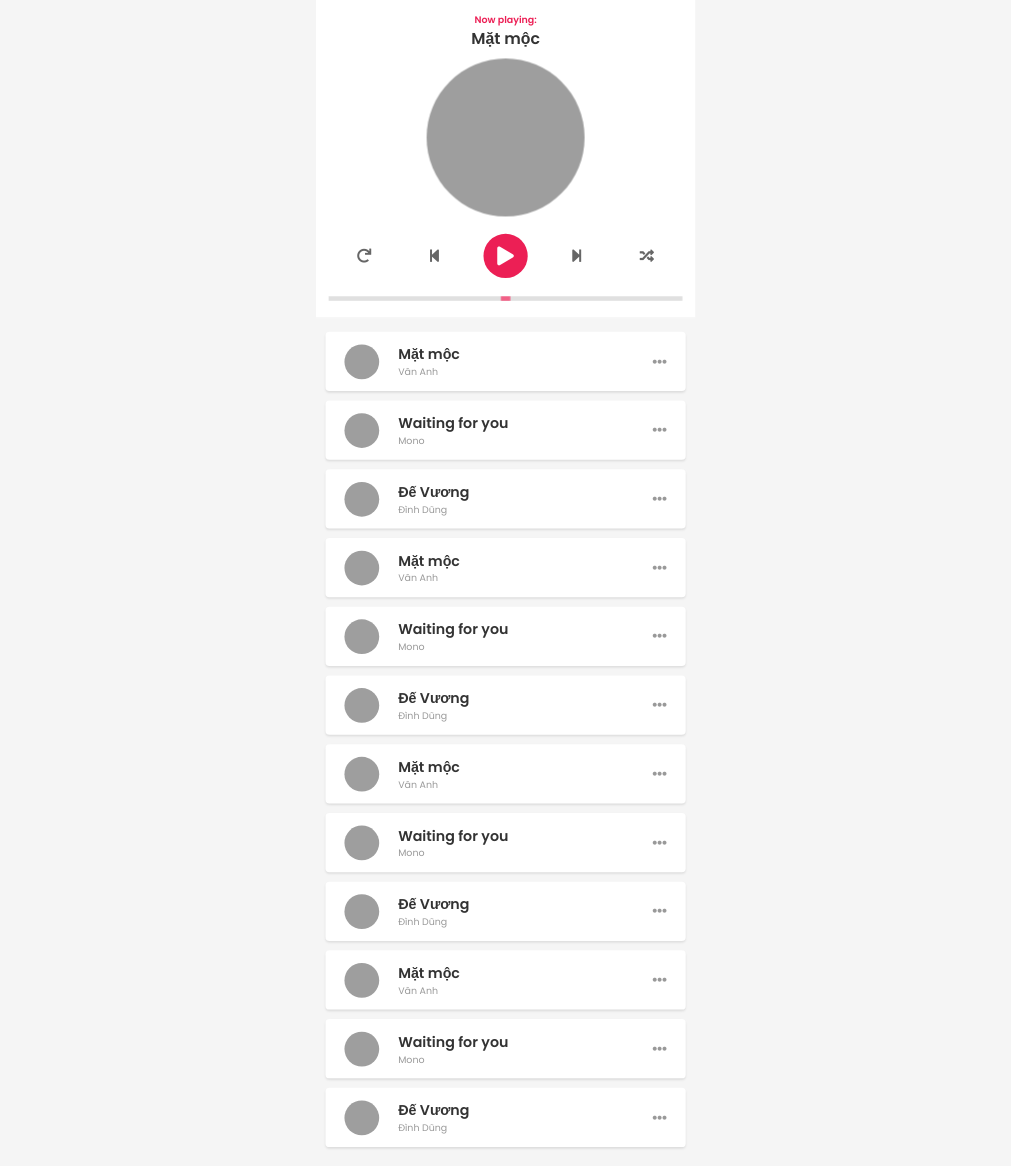
Repository: Tbs-Giang-Luong/app_music_ver1
Page: index.html
The author's editor kept a copy of each file at every save. The page is drawn from the files as they stood at one save, then again after the next save.
The browser window is 1280 px wide. The pictures show the whole page, at 79% of full size.
Pictures or frames that could not be fetched are drawn as grey boxes.

Above is the page before, as saved 2022-10-20 20:54:34.

After the next save:
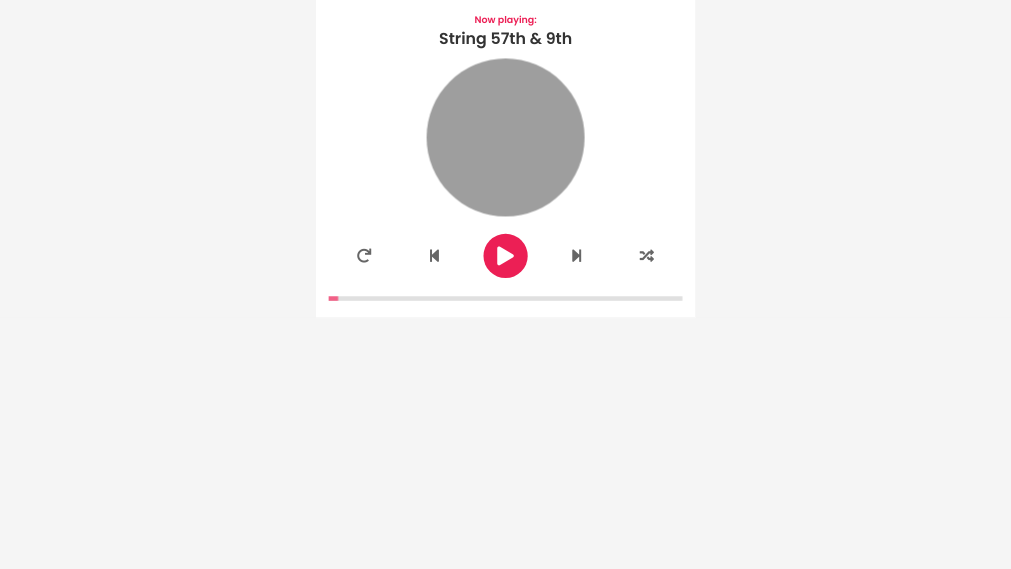
Console error: ReferenceError: nextSong is not defined
Saved 16 min 40 s later.
--- a/main.js
+++ b/main.js
@@ -185,6 +185,14 @@
       audio.currentTime = seekTimeE
     }
 
+    // Xử lí khi nextSong
+    nextSong.onclick = function(){
+      this.currentIndex++
+      if(this.currentIndex >= this.songs.lengh){
+        this.currentIndex = 0
+      }
+    }
+
 
 
 

After the 4 saves that followed:
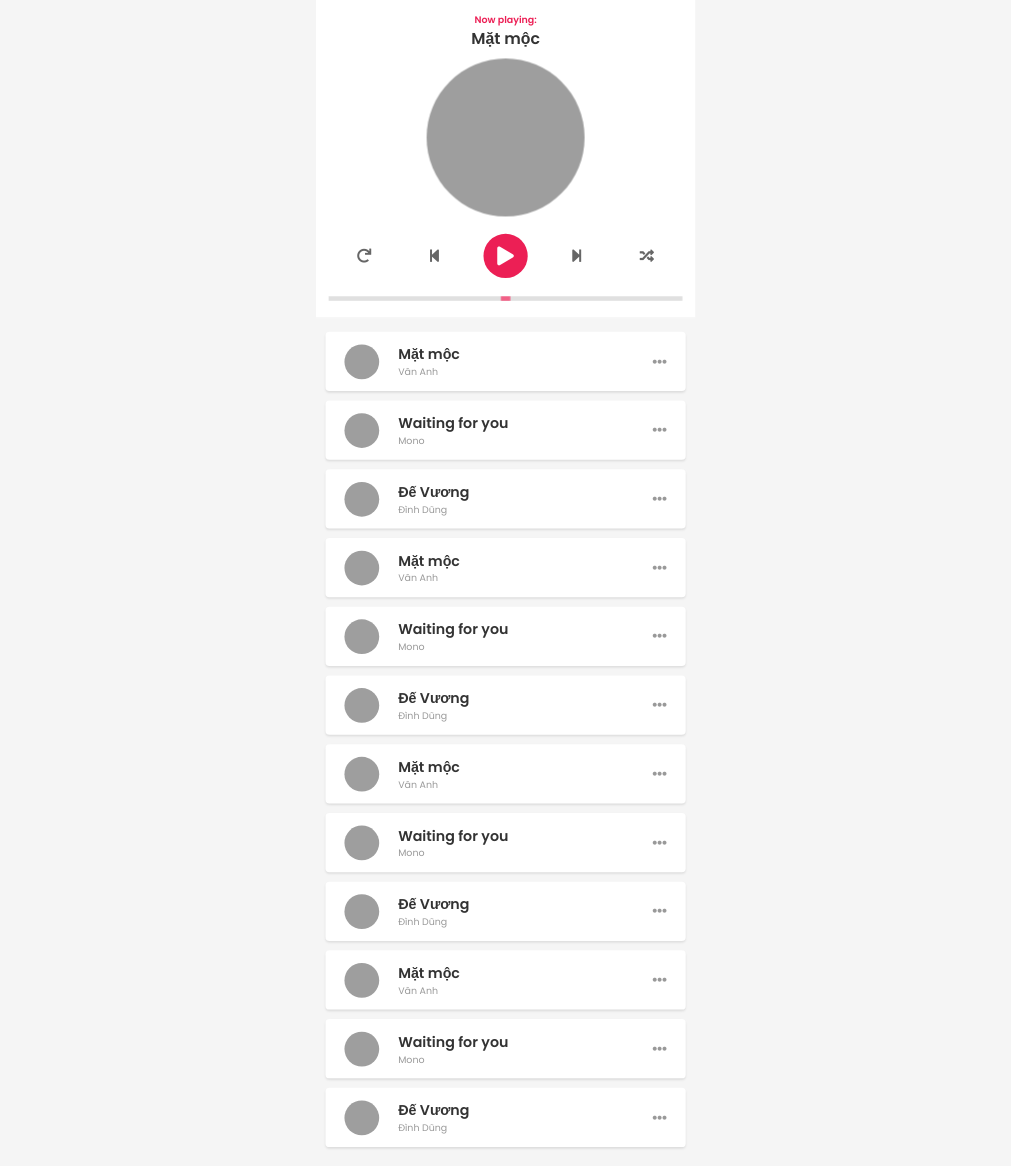
The error is gone.
The 4 saves are shown as one change because 3 left the picture as it was.
The last was saved 8 min 34 s later.
--- a/main.js
+++ b/main.js
@@ -11,6 +11,8 @@
 const audio = $("#audio");
 const playBtn = $(".btn-toggle-play");
 const progress = $("#progress");
+const nextBtn = $('.btn-next')
+const prevBtn = $('.btn-prev')
 
 const app = {
   isPlaying: false,
@@ -157,6 +159,10 @@
       }
     };
 
+    nextBtn.onclick = function () {
+      this.nextSong()
+    }
+
     // Khi bài hát được play
     audio.onplay = function () {
       _this.isPlaying = true;
@@ -185,17 +191,13 @@
       audio.currentTime = seekTimeE
     }
 
-    // Xử lí khi nextSong
-    nextSong.onclick = function(){
-      this.currentIndex++
-      if(this.currentIndex >= this.songs.lengh){
-        this.currentIndex = 0
-      }
-    }
-
-
-
-
+  },
+
+  nextSong: function(){
+    this.currentIndex++
+    if(this.currentIndex >= this.songs.length){
+      this.currentIndex = 0
+    }
   },
 
   start: function () {
